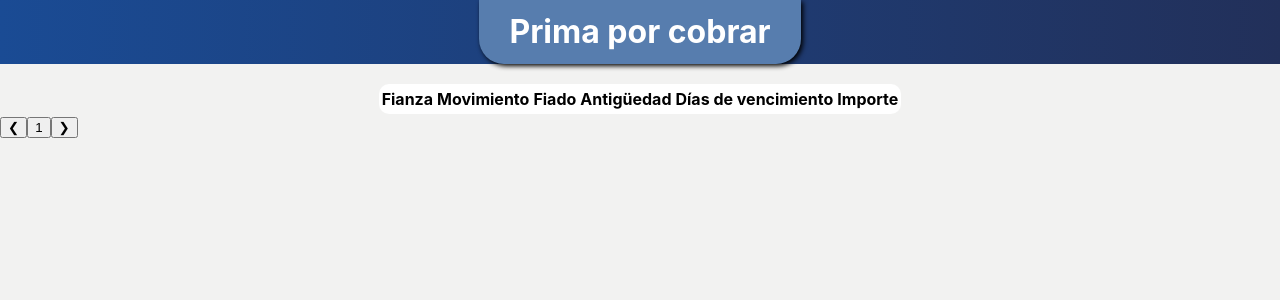
Repository: PCGP22/prueba-t-cnica-liberty-finanzas
Page: / (app in Prueba técnica full-stack/client/)
An editor plug-in stored every save of this project. The page is shown before and after the next save, followed by the edit.
The browser window is 1280 px wide. The pictures show the whole page.
The page's requests for data from a server got no answer. The project was rebuilt for these pictures with package versions that can differ from the ones it lists, and the page was loaded fresh each time. No one was signed in, and anything a server would have sent is missing. Also part of the build but not shown: Prueba técnica full-stack/client/vite.config.js, Prueba técnica full-stack/client/src/components/Card.jsx, Prueba técnica full-stack/client/src/components/CardsContainer.jsx, Prueba técnica full-stack/client/src/components/Filters.jsx.

Above is the page before, as saved 2023-11-14 08:00:37.

After the next save:
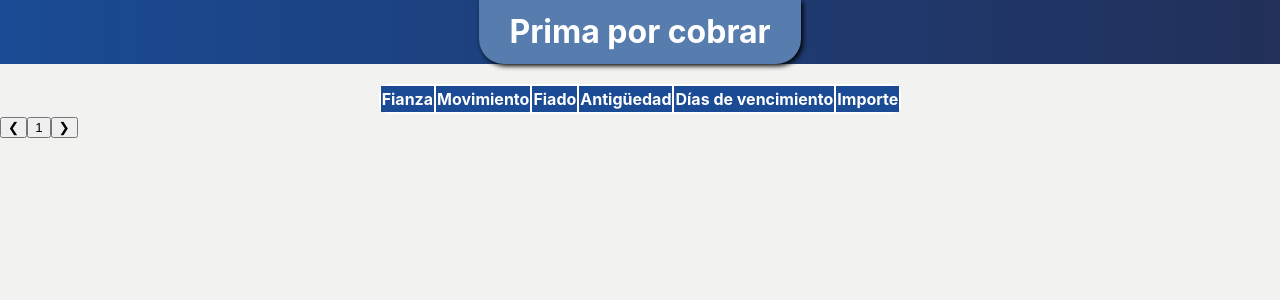
Saved 31 s later.
--- a/Prueba técnica full-stack/client/src/index.css
+++ b/Prueba técnica full-stack/client/src/index.css
@@ -131,3 +131,7 @@ table{
   background-color:white;
   border-radius:10px;
 }
+table tr:first-child{
+  background-color:var(--blue);
+  color:white;
+}
